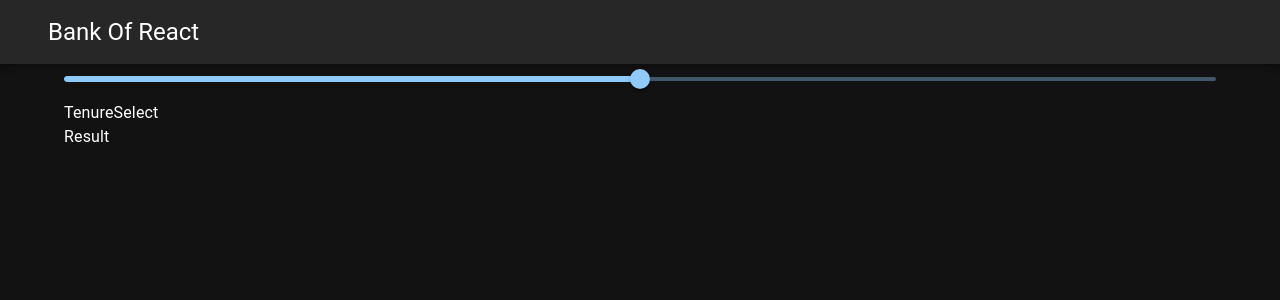
Repository: MikeeBuilds/mortgage-calculator
Page: /
The author's editor kept a copy of each file at every save. The page is drawn from the files as they stood at one save, then again after a run of saves.
The browser window is 1280 px wide. The pictures show the whole page.
The project was rebuilt for these pictures with package versions that can differ from the ones it lists, and the page was loaded fresh each time.

Above is the page before, as saved 2023-04-03 17:14:44.

After the next 4 saves:
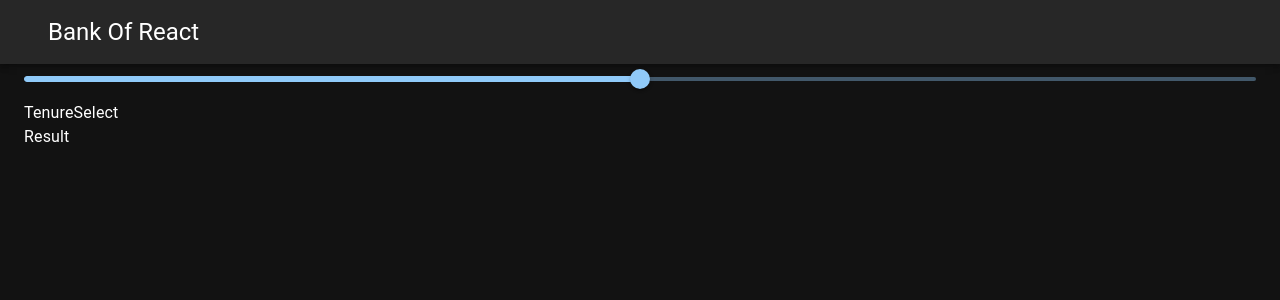
The 4 saves are shown as one change because they came seconds apart.
The last was saved 27 s later.
--- a/src/App.js
+++ b/src/App.js
@@ -9,7 +9,7 @@ function App() {
   return (
     <div className="App">
       <Navbar />
-      <Container>
+      <Container maxWidth="xl">
         <SliderSelect />
         <TenureSelect />
         <Result />
